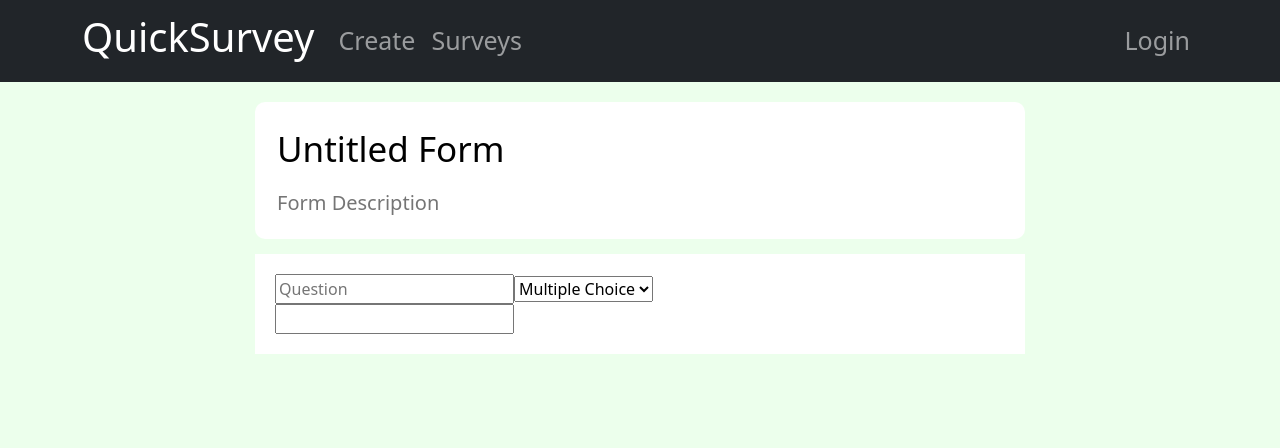
Repository: cakuang1/QuickSurveyReact
Page: /create (app in frontend/)
The author's editor kept a copy of each file at every save. The page is drawn from the files as they stood at one save, then again after a run of saves.
The browser window is 1280 px wide. The pictures show the whole page.
The project was rebuilt for these pictures with package versions that can differ from the ones it lists, and the page was loaded fresh each time. Also part of the build but not shown: frontend/src/index.css, frontend/src/pages/home/home.js, frontend/src/pages/pastsurveys/pastsurveys.js, frontend/src/pages/login/login.js, frontend/src/pages/register/register.js.

Above is the page before, as saved 2022-07-29 23:32:42.

After the next 2 saves:
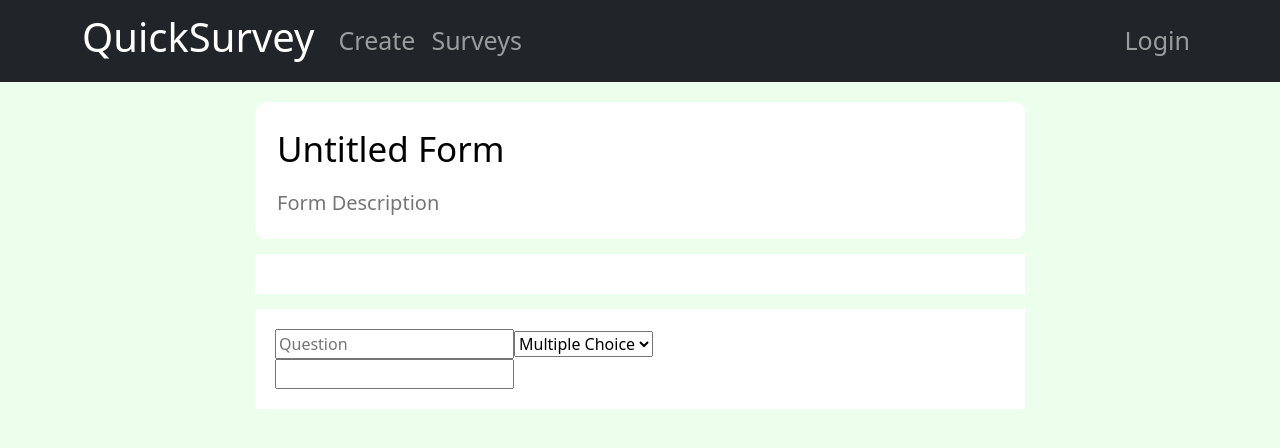
The 2 saves are shown as one change because they came seconds apart.
The last was saved 5 s later.
--- a/frontend/src/pages/create/create.js
+++ b/frontend/src/pages/create/create.js
@@ -40,7 +40,10 @@ export default function Create(){
         <input className='formtitle' value = "Untitled Form" />
         <input className='formdescription' placeholder='Form Description'/>
       </div>
-      <div className=''></div>
+      <div className='questioncontainer'>
+
+
+      </div>
         <Question/>
     </div>
   </form>
